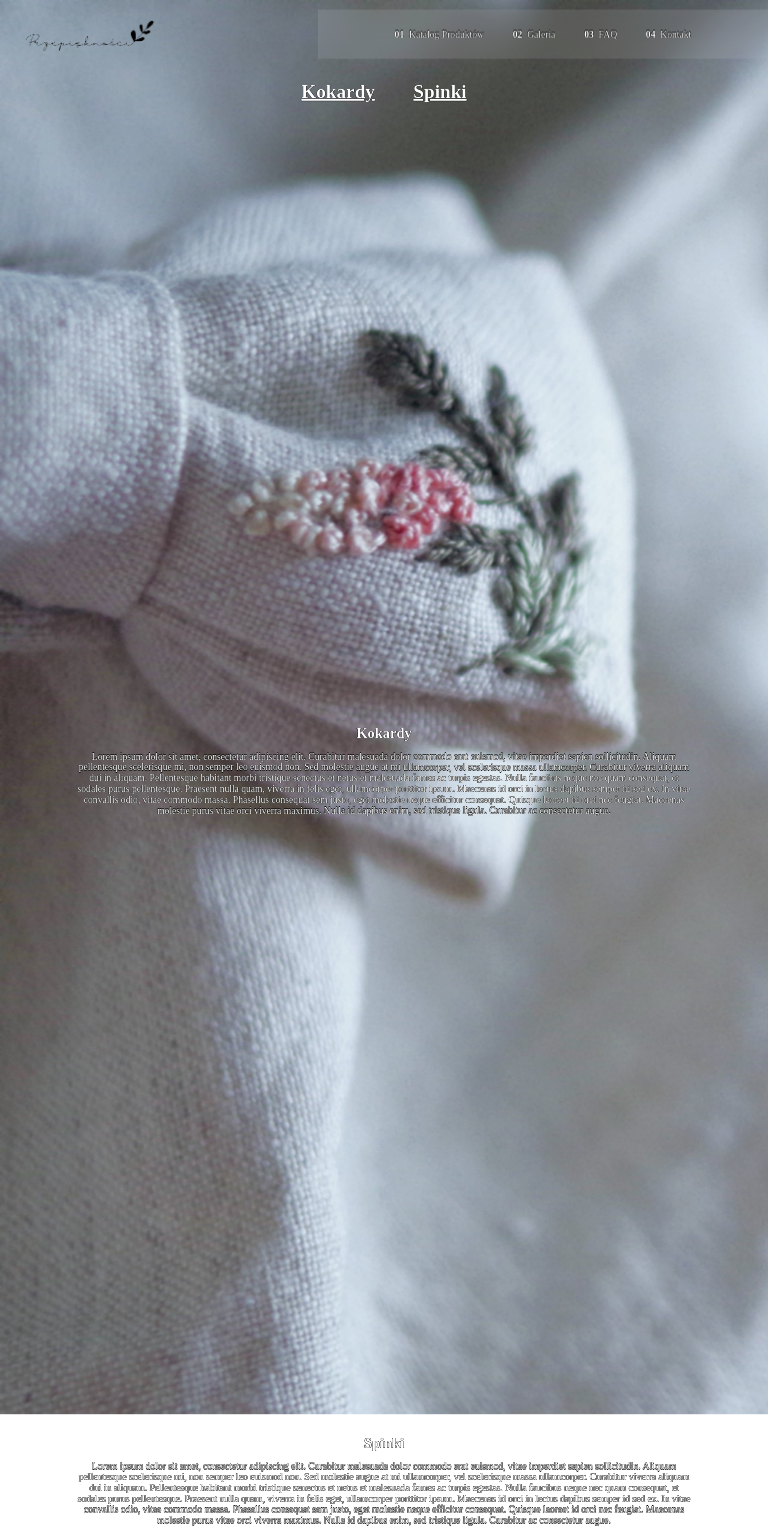
Repository: kowalkos/Rak_projekt
Page: /produkty
The author's editor kept a copy of each file at every save. The page is drawn from the files as they stood at one save, then again after the next save.
The browser window is 1280 px wide. The pictures show the whole page, at 60% of full size.
Backgrounds fixed to the window are drawn as part of the page. The project was rebuilt for these pictures with package versions that can differ from the ones it lists, and the page was loaded fresh each time. Also part of the build but not shown: src/components/galeria/Galeria.js, src/components/main/Main.js, src/components/FAQ/Faq.js, src/components/about/About.js.

Above is the page before, as saved 2022-01-04 19:41:12.

After the next save:
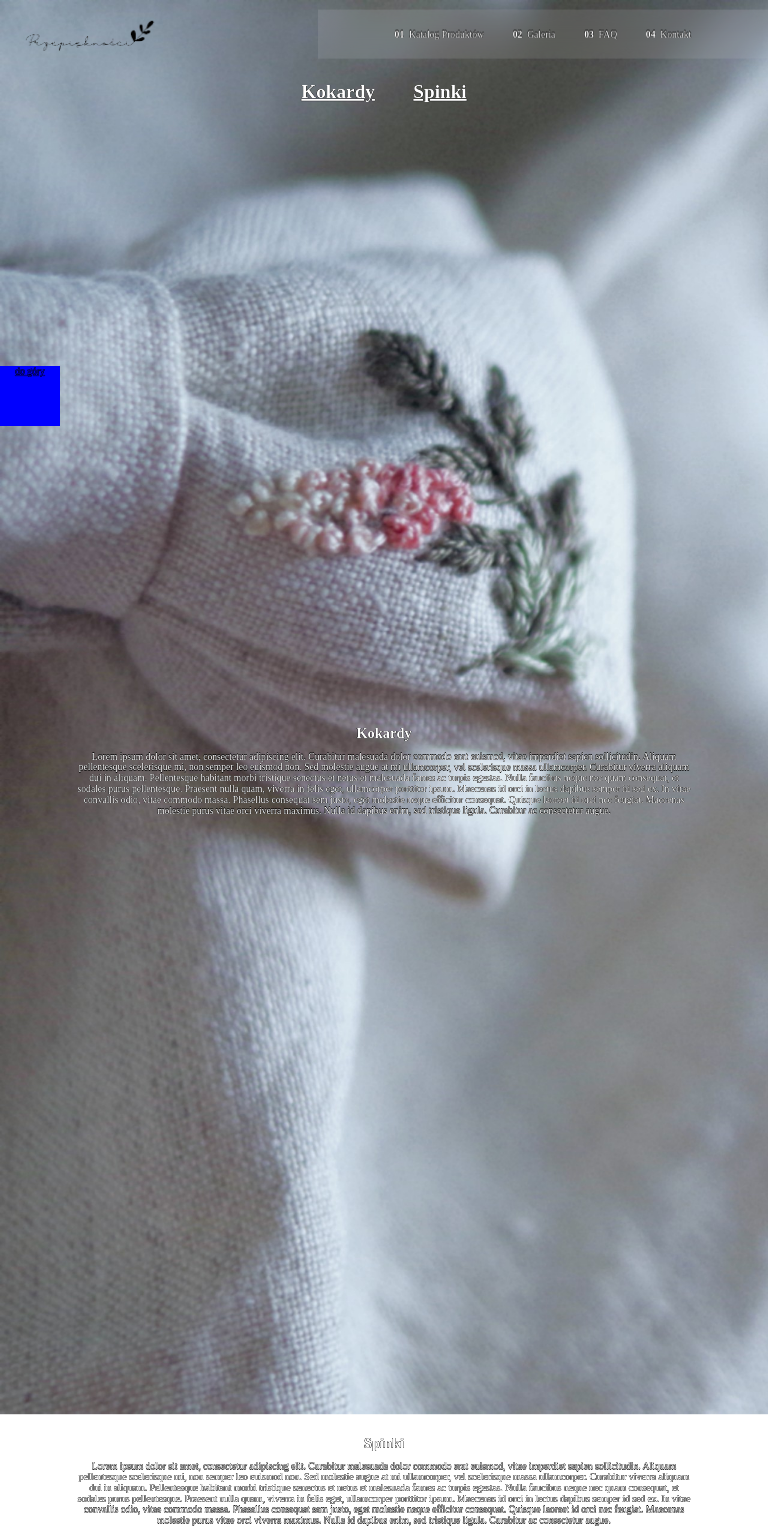
Saved 61 s later.
--- a/src/components/footer/footer.css
+++ b/src/components/footer/footer.css
@@ -1,4 +1,8 @@
 .footer
 {
+    height: 100px;
+    width: 100px;
+    background-color: blue;
+    bottom: 10px;
     position: fixed;
 }
